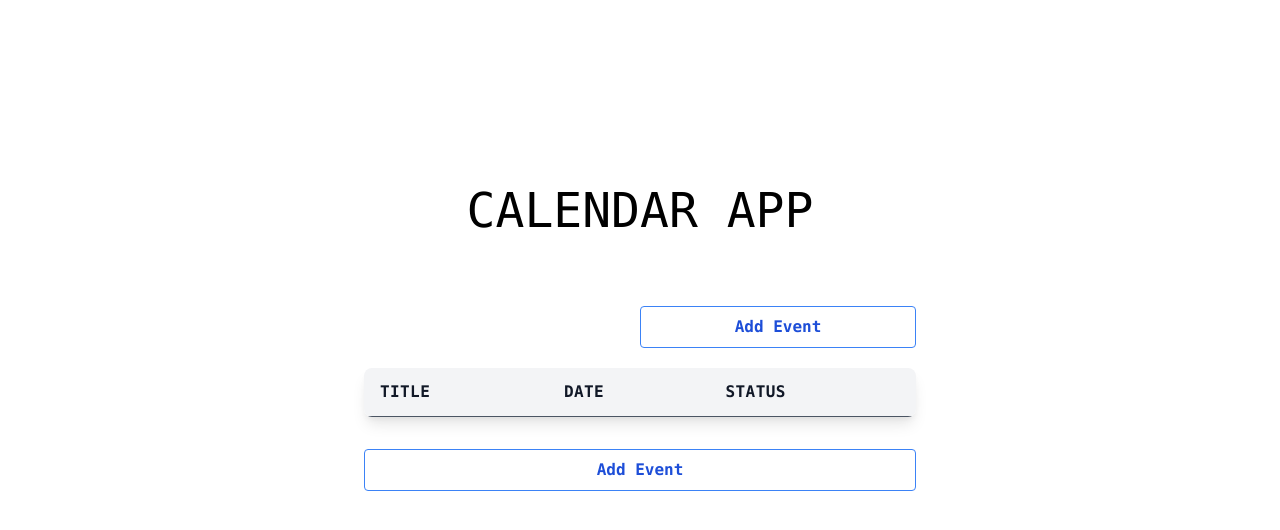
Repository: maikeru-desu/parking-lot
Page: / (app in parking-lot-fe/)
The author's editor kept a copy of each file at every save. The page is drawn from the files as they stood at one save, then again after the next save.
The browser window is 1280 px wide. The pictures show the whole page.
The page's requests for data from a server got no answer. The project was rebuilt for these pictures with package versions that can differ from the ones it lists, and the page was loaded fresh each time. No one was signed in, and anything a server would have sent is missing. Also part of the build but not shown: parking-lot-fe/craco.config.js, parking-lot-fe/src/pages/Add.js, parking-lot-fe/src/pages/Edit.js.

Above is the page before, as saved 2021-10-14 07:57:25.

### parking-lot-fe/src/index.js
import React from 'react';
import ReactDOM from 'react-dom';
import './index.css';
import App from './App';
import {Provider} from "react-redux";
import {BrowserRouter} from "react-router-dom";
import reportWebVitals from './reportWebVitals';
import store from './redux/store';

ReactDOM.render(
    <React.StrictMode>
        <BrowserRouter>
            <Provider store={store}>
                <App />
            </Provider>
        </BrowserRouter>
    </React.StrictMode>,
    document.getElementById('root')
);

// If you want to start measuring performance in your app, pass a function
// to log results (for example: reportWebVitals(console.log))
// or send to an analytics endpoint. Learn more: https://bit.ly/CRA-vitals
reportWebVitals();

### parking-lot-fe/src/App.js
import logo from './logo.svg';
import './App.css';
import {Switch, Route} from "react-router-dom";
import Home from './pages/Home';
import Add from './pages/Add';
import Edit from './pages/Edit';

function App() {
  return (
    <div className="App font-mono">
          <h1 class="mb-12 text-5xl">CALENDAR APP</h1>
        <Switch>
            <Route exact path="/" component={Home} />
            <Route exact path="/add" component={Add} />
            <Route exact path="/edit/:id" component={Edit} />
        </Switch>
    </div>
  );
}

export default App;

### parking-lot-fe/src/redux/store.js
import {createStore, applyMiddleware} from "redux";
import logger from "redux-logger";
import reduxThunk from "redux-thunk";
import rootReducer from "./root-reducer";

const middlewares = [reduxThunk];

if (process.env.NODE_ENV === "development") {
    middlewares.push(logger)
}

const store = createStore(rootReducer, applyMiddleware(...middlewares));

export default store;

### parking-lot-fe/src/pages/Home.js
import React, {useEffect} from 'react'
import {useDispatch, useSelector} from "react-redux";
import { deleteEvent, loadEvents } from '../redux/actions';
import { useHistory } from 'react-router-dom';

const Home = () => {
    let dispatch = useDispatch();
    let history = useHistory();
    const { events } = useSelector(state => state.events);

    const handleDelete = (id) => {
        if(window.confirm("Are you sure wanted to delete the event?")) {
            dispatch(deleteEvent(id));
        }
    }

    useEffect(() => {
        dispatch(loadEvents());
    }, [])

    return (
        <section class="container mx-auto p-6">
            <div class="grid grid-cols-4">
                <button onClick={() => history.push("/add")} className="mb-5 col-start-3 col-span-4 bg-transparent hover:bg-blue-500 text-blue-700 font-semibold hover:text-white py-2 px-4 border border-blue-500 hover:border-transparent rounded">
                    Add Event
                </button>

                {/* <select
                    id="status"
                    name="status"
                    className="block appearance-none w-full bg-gray-200 border border-gray-200 text-gray-700 py-3 px-4 pr-8 rounded leading-tight focus:outline-none focus:bg-white focus:border-gray-500">
                    <option>Select Status</option>
                    <option value="0">Pending</option>
                    <option value="2">Ongoing</option>
                    <option value="1">Done</option>
                </select> */}
            </div>

            <div class="w-full mb-8 overflow-hidden rounded-lg shadow-lg">
                <div class="w-full overflow-x-hidden">
                <table class="w-full">
                    <thead>
                    <tr class="text-md font-semibold tracking-wide text-left text-gray-900 bg-gray-100 uppercase border-b border-gray-600">
                        <th class="px-4 py-3">Title</th>
                        <th class="px-4 py-3">Date</th>
                        <th class="px-4 py-3">Status</th>
                        {/* <th class="px-4 py-3">Action</th> */}
                    </tr>
                    </thead>
                    <tbody class="bg-white">
                        {events && events.map((event) => (

                            <tr class="text-gray-700" key={event.id}>
                                <td class="px-4 py-3 border">
                                    <div class="flex items-center text-sm">
                                        <div>
                                            <p class="font-semibold text-black">{event.title}</p>
                                        </div>
                                    </div>
                                </td>
                                <td class="px-4 py-3 text-ms font-semibold border">{event.date}</td>
                                <td class="px-4 py-3 text-xs border">
                                    {(() => {
                                        if (event.status == 0) {
                                            return <span class="px-2 py-1 font-semibold leading-tight text-yellow-700 bg-yellow-100 rounded-sm"> Pending </span>;
                                        } else if (event.status == 1) {
                                            return <span class="px-2 py-1 font-semibold leading-tight text-green-700 bg-green-100 rounded-sm"> Done </span>;
                                        } else {
                                            return <span class="px-2 py-1 font-semibold leading-tight text-blue-700 bg-blue-100 rounded-sm"> Ongoing </span>;
                                        }
                                    })()}
                                    {/* <span class="px-2 py-1 font-semibold leading-tight text-green-700 bg-green-100 rounded-sm"> Acceptable </span> */}
                                </td>
                                {/* <td class="px-4 py-3 text-sm border">
                                    <button onClick={() => history.push(`/edit/${event.id}`)} className="bg-transparent hover:bg-blue-500 text-blue-700 font-semibold hover:text-white py-2 px-4 border border-blue-500 hover:border-transparent rounded">
                                        EDIT
                                    </button>
                                    <button onClick={() => handleDelete(event.id)} className="bg-transparent hover:bg-red-500 text-red-700 font-semibold hover:text-white py-2 px-4 border border-red-500 hover:border-transparent rounded">
                                        DELETE
                                    </button>
                                </td> */}
                            </tr>
                        ))}
                    </tbody>
                </table>
                </div>
            </div>

            <button onClick={() => history.push("/add")} className="mb-5 col-start-3 col-span-4 bg-transparent hover:bg-blue-500 text-blue-700 font-semibold hover:text-white py-2 px-4 border border-blue-500 hover:border-transparent rounded">
                Add Event
            </button>

        </section>
    )
}

export default Home

### parking-lot-fe/src/redux/root-reducer.js
import {combineReducers} from "redux";
import eventsReducers from "./reducer";

const rootReducer = combineReducers({
    events: eventsReducers
});

export default rootReducer;

### parking-lot-fe/src/redux/actions.js
import * as types from "./actionType";
import axios from "axios";

const getEvents = (events) => ({
    type: types.GET_EVENTS,
    payload: events
});

const eventDeleted = () => ({
    type: types.DELETE_EVENT
});

const eventAdded = () => ({
    type: types.ADD_EVENT
});

const eventFetched = (event) => ({
    type: types.GET_EVENT,
    payload: event,
});

const eventUpdated = () => ({
    type: types.UPDATE_EVENT
});

export const loadEvents = () => {
    return function (dispatch) {
        axios.get(`${process.env.REACT_APP_API}`).then((resp) => {
            // console.log("resp", resp);
            dispatch(getEvents(resp.data));
        })
        .catch((error) => console.log(error));
    };
};

export const deleteEvent = (id) => {
    return function (dispatch) {
        axios.delete(`${process.env.REACT_APP_API}/${id}`).then((resp) => {
            console.log("resp", resp);
            dispatch(eventDeleted());
            dispatch(loadEvents());
        })
        .catch((error) => console.log(error));
    };
};

export const addEvent = (user) => {
    return function (dispatch) {
        axios.post(`${process.env.REACT_APP_API}`, user).then((resp) => {
            console.log("resp", resp);
            dispatch(eventAdded());
            dispatch(loadEvents());
        })
        .catch((error) => console.log(error));
    };
};

export const getEvent = (id) => {
    return function (dispatch) {
        axios.get(`${process.env.REACT_APP_API}/${id}`).then((resp) => {
            console.log("resp", resp);
            dispatch(eventFetched(resp.data));
        })
        .catch((error) => console.log(error));
    };
};

export const updateEvent = (user, id) => {
    return function (dispatch) {
        axios.put(`${process.env.REACT_APP_API}/${id}`, user).then((resp) => {
            console.log("resp", resp);
            dispatch(eventUpdated());
        })
            .catch((error) => console.log(error));
    };
};

### parking-lot-fe/src/form.css
html, body {
  height: 100%
}

body {
  display: flex;
  justify-content: center;
  align-items: center;
}

form {
  padding: 20px;
  border: 1px solid #ccc;
  border-radius: 5px;
  width: 100%;
}

button {
  width: 100%
}

#root {
    width: 100%;
    max-width: 600px;
}

### parking-lot-fe/src/redux/reducer.js
import * as types from "./actionType";

const initialState = {
    events: [],
    event: {},
    loading: true
}

const eventsReducers = (state = initialState, action) => {
    switch (action.type) {
        case types.GET_EVENTS:
            return {
                ...state,
                events: action.payload,
                loading: false,
            };
        case types.DELETE_EVENT:
        case types.ADD_EVENT:
        case types.UPDATE_EVENT:
            return {
                ...state,
                loading: false,
            }
        case types.GET_EVENT:
            return {
                ...state,
                event: action.payload,
                loading: false,
            };
        default:
            return state;
    }
}

export default eventsReducers;

### parking-lot-fe/src/redux/actionType.js
export const GET_EVENTS = "GET_EVENTS";
export const DELETE_EVENT = "DELETE_EVENT";
export const ADD_EVENT = "ADD_EVENT";
export const GET_EVENT = "GET_EVENT";
export const UPDATE_EVENT = "UPDATE_EVENT";

Loaded but not shown: parking-lot-fe/src/index.css (common file); parking-lot-fe/src/reportWebVitals.js (common file); parking-lot-fe/src/App.css (common file); parking-lot-fe/tailwind.config.js (common file)

After the next save:
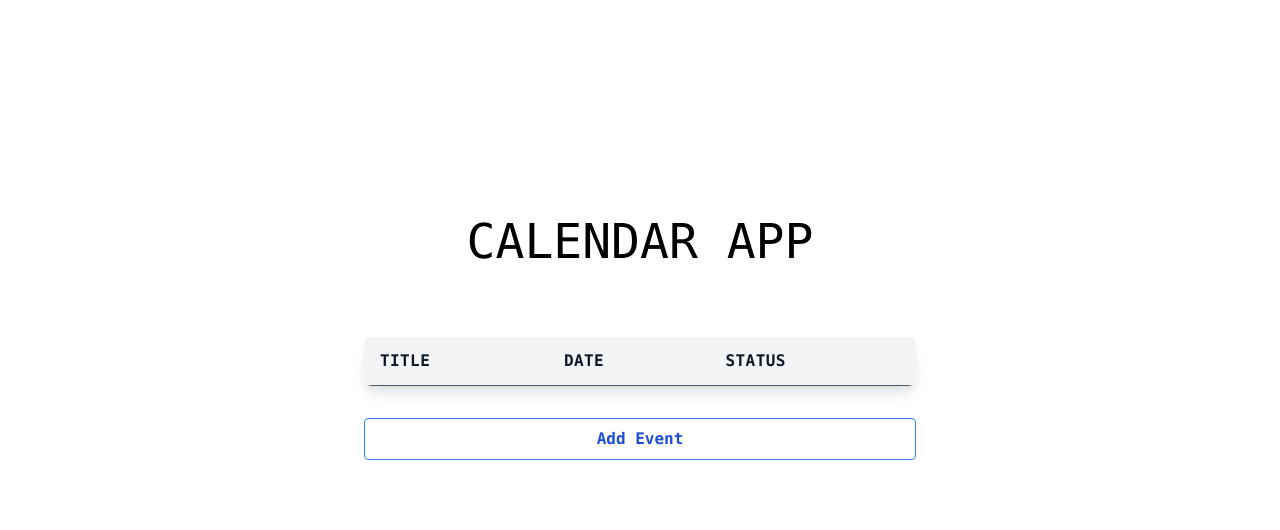
Saved 44 s later.
--- a/parking-lot-fe/src/pages/Home.js
+++ b/parking-lot-fe/src/pages/Home.js
@@ -21,9 +21,7 @@ const Home = () => {
     return (
         <section class="container mx-auto p-6">
             <div class="grid grid-cols-4">
-                <button onClick={() => history.push("/add")} className="mb-5 col-start-3 col-span-4 bg-transparent hover:bg-blue-500 text-blue-700 font-semibold hover:text-white py-2 px-4 border border-blue-500 hover:border-transparent rounded">
-                    Add Event
-                </button>
+
 
                 {/* <select
                     id="status"
